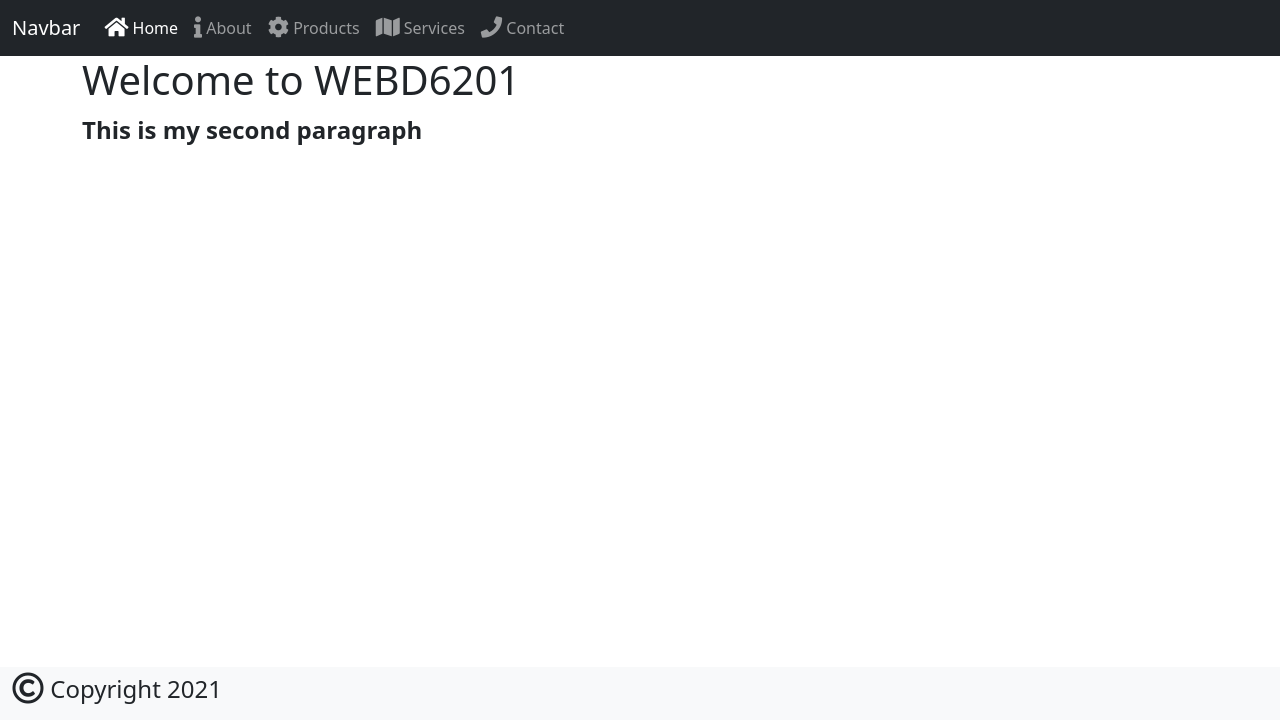
Repository: evanpalmer002/WEBD6201-ICE4
Page: index.html
These files come from the project's save history. The page is drawn as it stood at one moment and after the next save; the edit follows.
The browser window is 1280 px wide. The pictures show the whole page.

Above is the page before, as saved 2021-01-20 15:54:59.

After the next save:
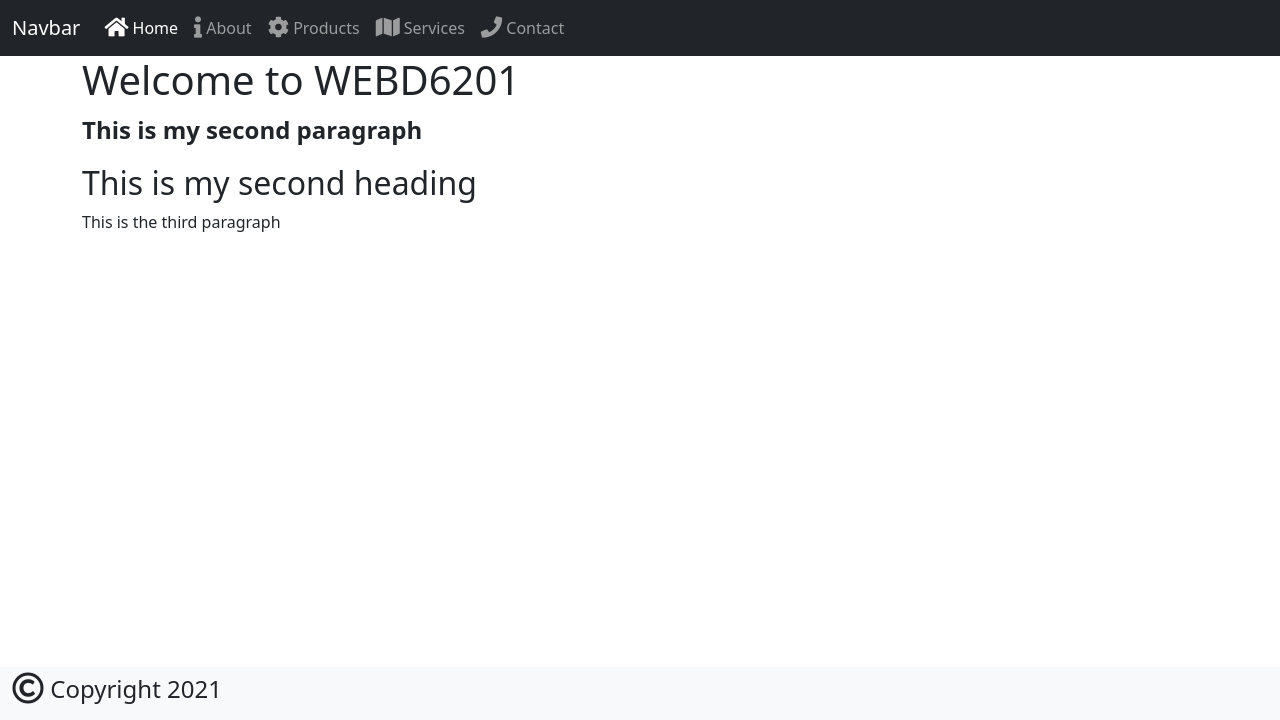
Saved 9 s later.
--- a/Scripts/app.js
+++ b/Scripts/app.js
@@ -32,7 +32,7 @@
         <p #id = paragraphThree> This is the third paragraph </p>`;
 
 
-        //mainContent.append(newDivTag);
+        mainContent.append(newDivTag);
 
         //paragraphOne.after(newDivTag);
 
